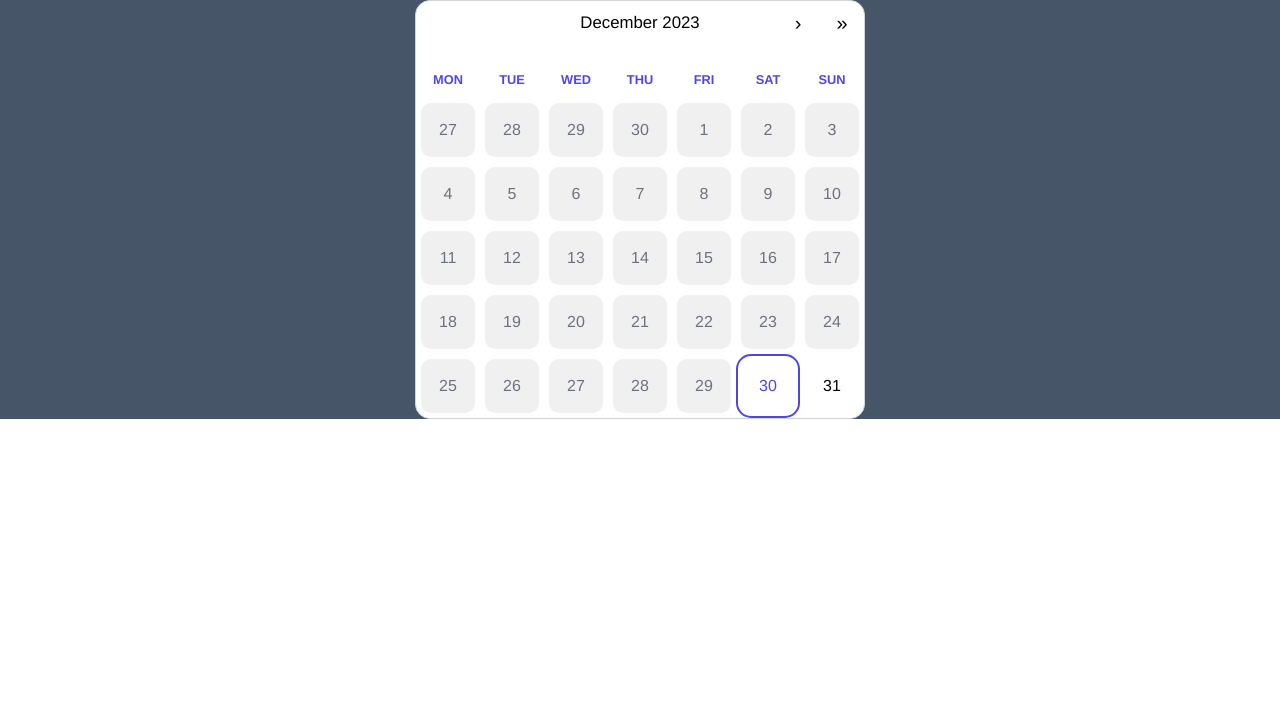
Repository: ImedBousakhria/appointment_system_prototype
Page: /
These files come from the project's save history. The page is drawn as it stood at one moment and after the next save; the edit follows.
The browser window is 1280 px wide. The pictures show the whole page.
The project was rebuilt for these pictures with package versions that can differ from the ones it lists, and the page was loaded fresh each time. Also part of the build but not shown: vite.config.js.

Above is the page before, as saved 2023-12-30 19:21:31.

### src/main.jsx
import React from 'react'
import ReactDOM from 'react-dom/client'
import './index.css'
import Calendar from './Calendar'
import "./Calendar.css"

ReactDOM.createRoot(document.getElementById('root')).render(
  <React.StrictMode>
    <Calendar />
  </React.StrictMode>,
)

### src/index.css
/* styles.css */

@import 'tailwindcss/base';
@import 'tailwindcss/components';
@import 'tailwindcss/utilities';

/* Your custom styles go here */

### src/Calendar.jsx
import React, { useState } from "react";
import { motion, useAnimation } from "framer-motion";
import ReactCalendar from "react-calendar";
import { FixedSizeList } from "react-window";
import { add, format } from "date-fns";
import {
  OPENING_TIME_MORNING,
  CLOSING_TIME_MORNING,
  OPENING_TIME_AFTERNOON,
  CLOSING_TIME_AFTERNOON,
  INTERVAL,
} from "./consts/config";



const TimeRow = ({ index, style, data }) => (
  <div
    style={style}
    className="bg-white py-2 px-3 cursor-pointer font-semibold hover:bg-gray-200"
  >
    {format(data[index], "kk:mm")}
  </div>
);

export const Calendar = () => {
  const [date, setDate] = useState({
    justDate: undefined,
    dateTime: undefined,
  });

  const getTimes = (openingTime, closingTime) => {
    if (!date.justDate) return [];
    const { justDate } = date;
    const beginning = add(justDate, { hours: openingTime });
    const end = add(justDate, { hours: closingTime });
    const interval = INTERVAL;

    const times = [];
    for (let i = beginning; i <= end; i = add(i, { minutes: interval })) {
      times.push(new Date(i));
    }

    return times;
  };

  const morningTimes = getTimes(OPENING_TIME_MORNING, CLOSING_TIME_MORNING);
  const afternoonTimes = getTimes(
    OPENING_TIME_AFTERNOON,
    CLOSING_TIME_AFTERNOON
  );
  const handleDateClick = (selectedDate) => {
    setDate((prev) => ({ ...prev, justDate: selectedDate }));
  };

  // Concatenate morningTimes and afternoonTimes into a single array
  const allTimes = [...morningTimes, ...afternoonTimes];
  return (
    <div className=" bg-slate-600 flex gap-6 justify-center">
      <ReactCalendar
        minDate={new Date()}
        className="REACT-CALENDAR"
        view="month"
        onClickDay={handleDateClick}
      />
      {date.justDate ? (
        <motion.div
        initial={{ opacity: 0, x: -20 }}
        animate={{
          opacity: 1,
          x: 0,
          transition: { type: "spring", stiffness: 300 },
        }}
        className=" bg-white flex flex-col justify-around pl-3 py-2 rounded-md"
      >
        <FixedSizeList
          height={410} // Adjust the height as needed
          width={200} // Adjust the width as needed
          itemSize={50} // Adjust the item size as needed
          itemCount={allTimes.length}
          itemData={allTimes}
        >
          {TimeRow}
        </FixedSizeList>
      </motion.div>
      ) : null}
    </div>
  );
};

export default Calendar;

### src/Calendar.css
.react-calendar {
  width: 450px;
  max-width: 100%;
  background: white;
  border-radius: 15px;
  border: 1px solid rgb(209 213 219);
  font-family: Manrope, Helvetica, sans-serif;
  line-height: 1.125em;
}
.react-calendar--doubleView {
  width: 700px;
}
.react-calendar--doubleView .react-calendar__viewContainer {
  display: flex;
  margin: -0.5em;
}
.react-calendar--doubleView .react-calendar__viewContainer > * {
  width: 50%;
  margin: 0.5em;
}
.react-calendar,
.react-calendar *,
.react-calendar *:before,
.react-calendar *:after {
  -moz-box-sizing: border-box;
  -webkit-box-sizing: border-box;
  box-sizing: border-box;
}

/* Custom Navigation Styles */
@media screen and (max-width: 500px) {
  .react-calendar__navigation__prev2-button,
  .react-calendar__navigation__prev-button {
    display: none;
  }
  .react-calendar__navigation__label {
    padding-left: 1rem;
    text-align: left;
  }
}

.react-calendar button {
  margin: 0;
  border: 0;
  outline: none;
}
.react-calendar button:enabled:hover {
  cursor: pointer;
}
.react-calendar__navigation {
  display: flex;
  height: 44px;
  margin-bottom: 1em;
}
.react-calendar__navigation button {
  min-width: 44px;
  background: none;
}
.react-calendar__navigation button:disabled {
  visibility: hidden;
  background-color: #f0f0f0;
}
.react-calendar__navigation button:enabled:hover,
.react-calendar__navigation button:enabled:focus {
  background-color: #e6e6e6;
}
.react-calendar__month-view__weekdays {
  color: #4f46e5;
  text-align: center;
  text-transform: uppercase;
  font-weight: 700;
  font-size: 0.8em;
}
/* Each day should be round when hovered */
.react-calendar__month-view__days__day {
  padding: 5px;
  background-clip: content-box !important;
  border-radius: 15px !important;
}

.react-calendar__navigation__label__labelText {
  font-weight: 500;
  font-size: 1.05em;
}
.react-calendar__navigation__label {
  pointer-events: none;
}

.react-calendar__navigation__arrow {
  background-color: #fff;
  padding: 7px;
  background-clip: content-box !important;
  border-radius: 50px;
  font-size: 1.25em;
}
.react-calendar__navigation__arrow:hover {
  background-color: rgb(107 114 128);
}

/* If you do not wish to show weekends */

/*
  .react-calendar__month-view__days > .react-calendar__tile,
  .react-calendar__month-view__weekdays__weekday {
    flex-basis: 20% !important;
    max-width: 20% !important;
  }

  .react-calendar__month-view__weekdays__weekday:nth-child(6),
  .react-calendar__month-view__weekdays__weekday:nth-child(7) {
    display: none !important;
  }

  .react-calendar__month-view__days__day--weekend {
    display: none !important;
  }
  */

.react-calendar__month-view__weekdays__weekday {
  padding: 0.75em;
}
.react-calendar__month-view__weekdays__weekday abbr {
  text-decoration: none;
}
.react-calendar__month-view__weekNumbers .react-calendar__tile {
  display: flex;
  align-items: center;
  justify-content: center;
  font-size: 0.75em;
  font-weight: bold;
}
.react-calendar__month-view__days__day--neighboringMonth {
  color: #b3b3b3;
}
.react-calendar__year-view .react-calendar__tile,
.react-calendar__decade-view .react-calendar__tile,
.react-calendar__century-view .react-calendar__tile {
  padding: 2em 0.5em;
}
.react-calendar__tile {
  aspect-ratio: 1/1;
  max-width: 100%;
  background: none;
  text-align: center;
}
.react-calendar__tile:disabled {
  background-color: #f0f0f0;
  color: rgb(107 114 128);
}
.react-calendar__tile:enabled:hover,
.react-calendar__tile:enabled:focus {
  background-color: rgb(238 242 255);
}
.react-calendar__tile--now {
  border-radius: 15px;
  border: 2px solid #4f46e5 !important;
  color: #4f46e5;
}
.react-calendar__tile--now:enabled:hover,
.react-calendar__tile--now:enabled:focus {
  background-color: rgb(238 242 255);
}
.react-calendar__tile--hasActive {
  background: #76baff;
}
.react-calendar__tile--hasActive:enabled:hover,
.react-calendar__tile--hasActive:enabled:focus {
  background: #a9d4ff;
}
.react-calendar__tile--active:enabled:hover,
.react-calendar__tile--active:enabled:focus {
  background: #4f46e5;
  color: white;
}
.react-calendar--selectRange .react-calendar__tile--hover {
  background-color: rgb(238 242 255);
}
.react-calendar__tile--active {
  background: #4f46e5;
  color: white;
}

.react-calendar__tile--active:hover,
.react-calendar__tile--active:focus,
.react-calendar__tile--now:hover,
.react-calendar__tile--now:focus {
  background: #1087ff;
}

### src/consts/config.js
export const OPENING_TIME_MORNING = 9 // in hours
export const CLOSING_TIME_MORNING = 12 // in hours
export const OPENING_TIME_AFTERNOON = 13 // in hours
export const CLOSING_TIME_AFTERNOON = 16 // in hours
export const INTERVAL = 30 // every 30 minutes

### tailwind.config.js
/** @type {import('tailwindcss').Config} */
module.exports = {
  content: ["./src/**/*.{js,jsx,ts,tsx}"],
  theme: {
    extend: {
      colors: {

      },
    },
  },
  plugins: [],
};

Loaded but not shown: index.html (common file)

After the next save:
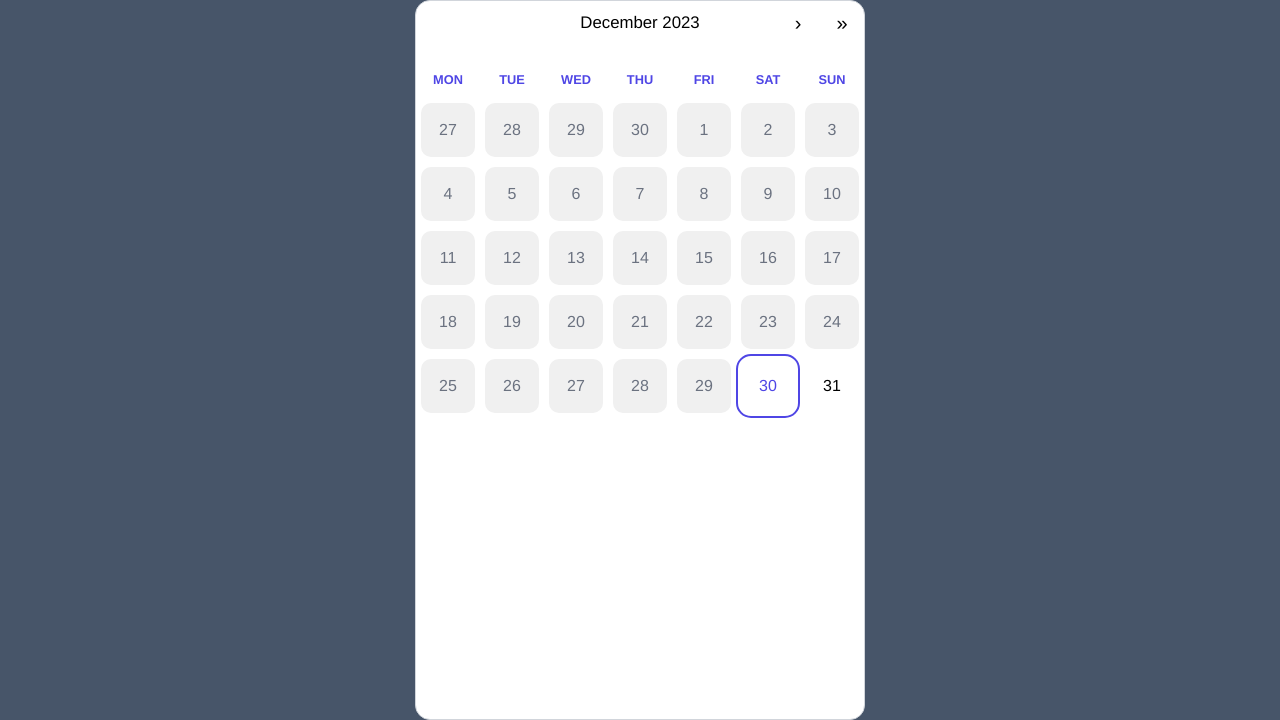
Saved 19 s later.
--- a/src/Calendar.jsx
+++ b/src/Calendar.jsx
@@ -55,7 +55,7 @@
   // Concatenate morningTimes and afternoonTimes into a single array
   const allTimes = [...morningTimes, ...afternoonTimes];
   return (
-    <div className=" bg-slate-600 flex gap-6 justify-center">
+    <div className=" bg-slate-600 h-screen flex gap-6 justify-center">
       <ReactCalendar
         minDate={new Date()}
         className="REACT-CALENDAR"

After the save that followed:
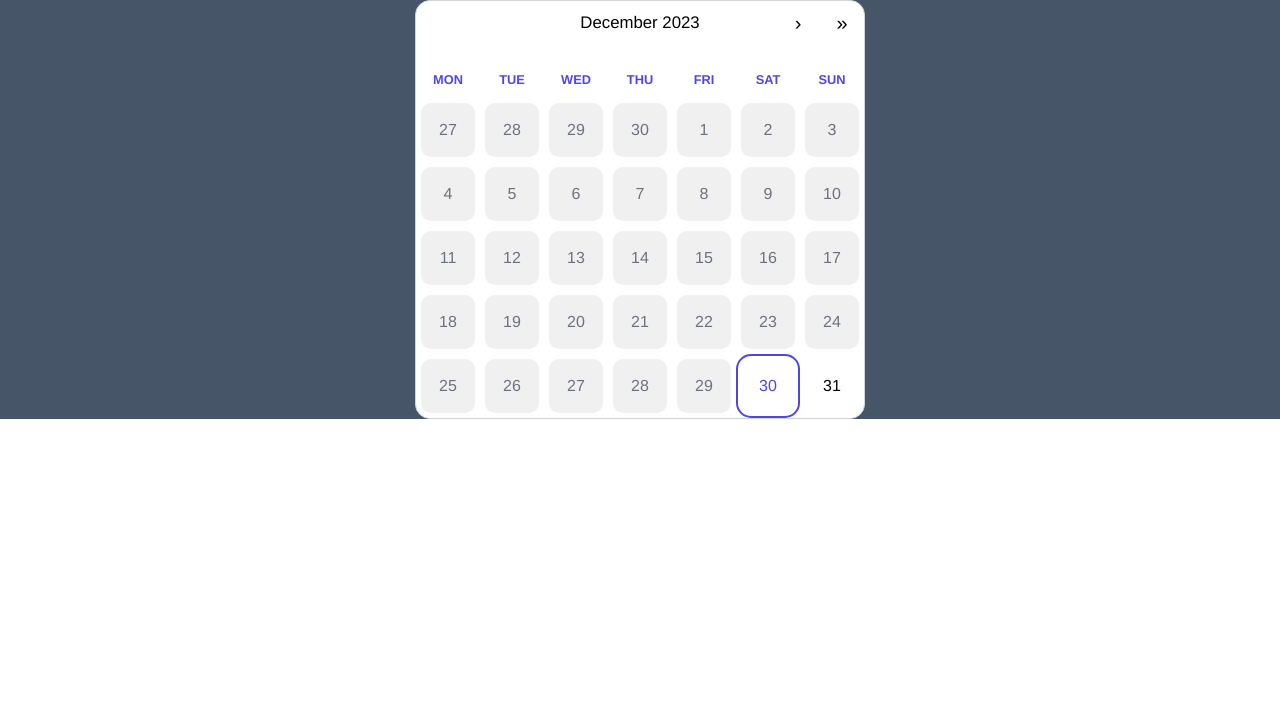
Saved 10 s later.
--- a/src/Calendar.jsx
+++ b/src/Calendar.jsx
@@ -55,7 +55,7 @@
   // Concatenate morningTimes and afternoonTimes into a single array
   const allTimes = [...morningTimes, ...afternoonTimes];
   return (
-    <div className=" bg-slate-600 h-screen flex gap-6 justify-center">
+    <div className=" bg-slate-600 flex gap-6 justify-center">
       <ReactCalendar
         minDate={new Date()}
         className="REACT-CALENDAR"
